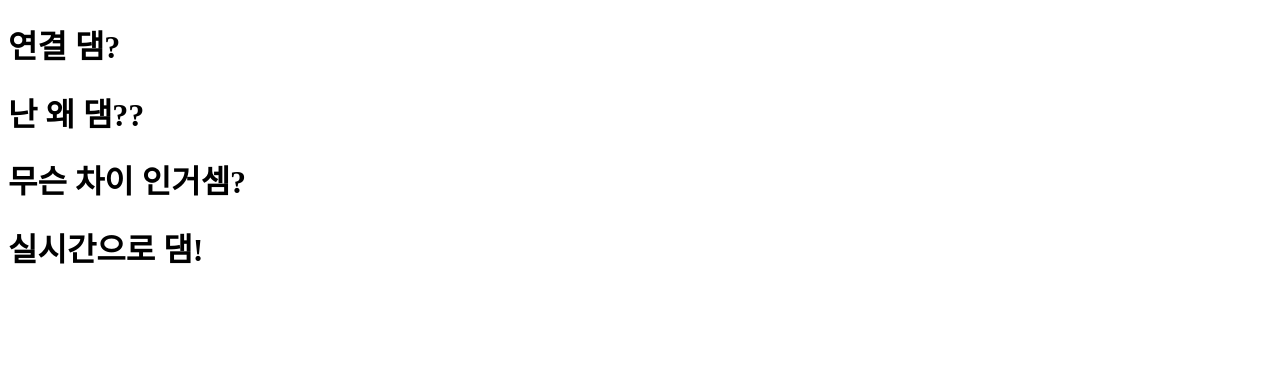
Repository: song-tata/jsp_servlet
Page: ex1_link/WebContent/link.html
An editor plug-in stored every save of this project. The page is shown before and after the next save, followed by the edit.
The browser window is 1280 px wide. The pictures show the whole page.

Above is the page before, as saved 2023-05-17 01:50:37.

### ex1_link/WebContent/link.html
<!DOCTYPE html>
<html>
<head>
<meta charset="EUC-KR">
<title>Insert title here</title>
</head>
<body>
	<h1>연결 댐?</h1>
	<h1>난 왜 댐??</h1>
	<h1>무슨 차이 인거셈?</h1>
	<h1>실시간으로 댐!</h1>
</body>
</html>

After the next save:
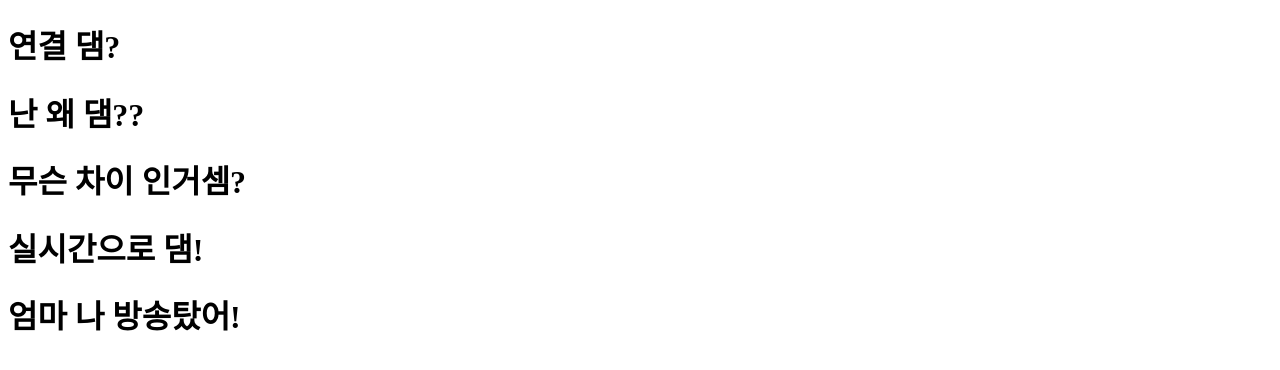
Saved 62 s later.
--- a/ex1_link/WebContent/link.html
+++ b/ex1_link/WebContent/link.html
@@ -9,5 +9,6 @@
 	<h1>난 왜 댐??</h1>
 	<h1>무슨 차이 인거셈?</h1>
 	<h1>실시간으로 댐!</h1>
+	<h1>엄마 나 방송탔어!</h1>
 </body>
 </html>
